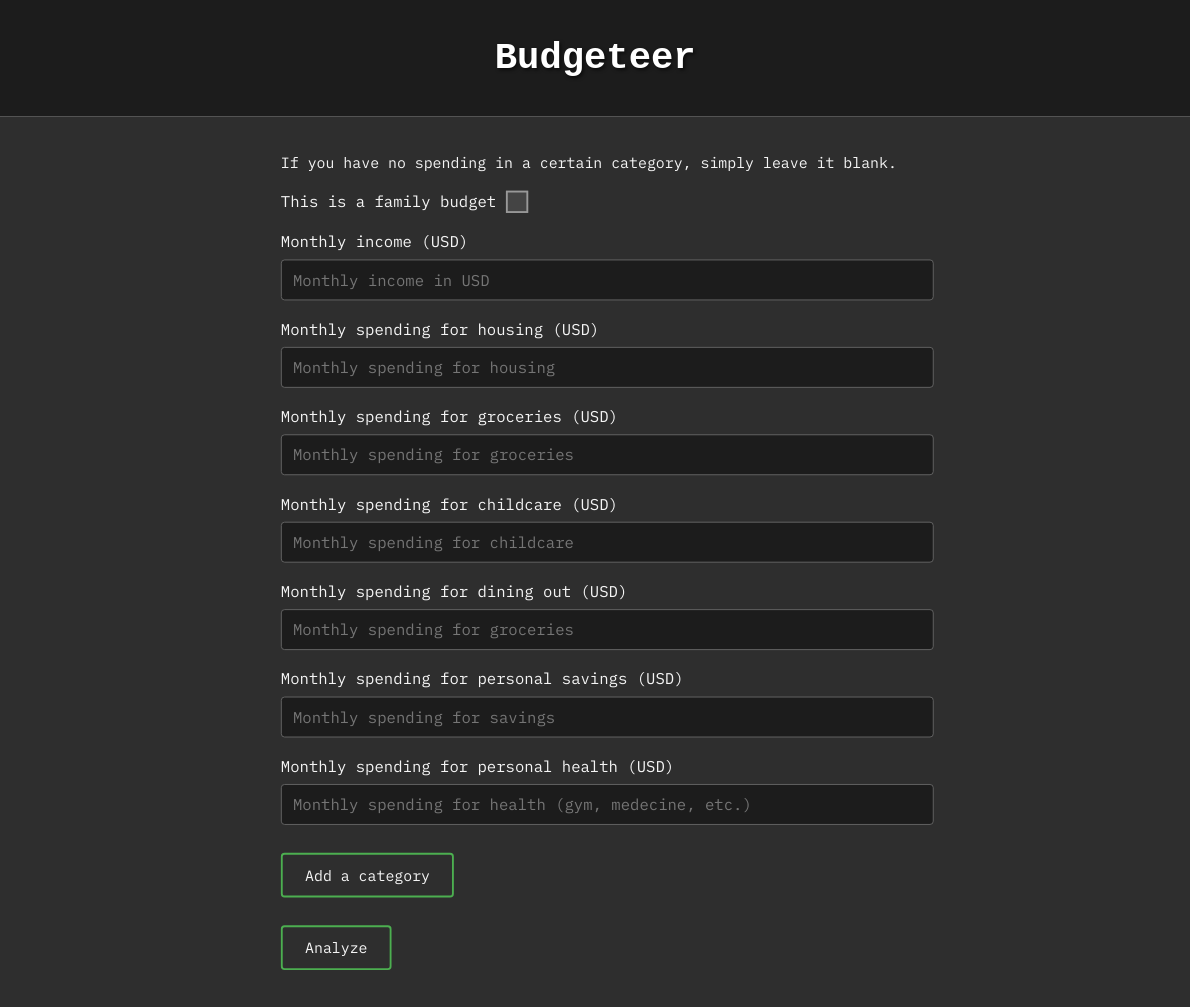
Repository: CaioNunes56/Budgeteer
Page: index.html
An editor plug-in stored every save of this project. The page is shown before and after the next save, followed by the edit.
The browser window is 1280 px wide. The pictures show the whole page, at 93% of full size.

Above is the page before, as saved 2025-04-26 18:16:09.
Console error: ReferenceError: auth0 is not defined

### index.html
<!DOCTYPE html>
<html lang="en">
<head>
    <meta charset="UTF-8">
    <meta name="viewport" content="width=device-width, initial-scale=1.0">
    <title>Budgeteer</title>
    <link rel="stylesheet" href="./style.css">
    <link href="https://fonts.googleapis.com/css2?family=IBM+Plex+Mono&display=swap" rel="stylesheet">
    <!--
    <script src="https://cdn.auth0.com/js/auth0-spa-js/2.0/auth0-spa-js.production.js"></script>
    -->
    <script src="./javascript.js" defer></script>
    <script src="./budgeteer.js" defer></script>
    <script>
        function handleAddCategory() {
          const categoriesDiv = document.getElementById('categories');
          // keep a counter in the button’s dataset
          const btn = document.getElementById('addCategory');
          let count = parseInt(btn.dataset.count || '0', 10) + 1;
          btn.dataset.count = count;

          // build the wrapper
          const wrapper = document.createElement('div');
          wrapper.className = 'category-wrapper';
          wrapper.style.marginTop = '1em';

          // name
          const nameLabel = document.createElement('label');
          nameLabel.textContent = `Category ${count} Name: `;
          const nameInput = document.createElement('input');
          nameInput.type = 'text';
          nameInput.name = 'customCategoryName[]';
          nameInput.placeholder = 'Category name';

          // amount
          const amountLabel = document.createElement('label');
          amountLabel.textContent = ` Amount Spent (USD): `;
          const amountInput = document.createElement('input');
          amountInput.type = 'text';
          amountInput.name = 'customCategoryAmount[]';
          nameInput.placeholder = 'Category name';

          // assemble and append
          wrapper.append(nameLabel, nameInput, amountLabel, amountInput);
          categoriesDiv.appendChild(wrapper);
        }
      </script>

</head>

<body>
    <header>
        <h1>Budgeteer</h1>
    </header>
    <main>
        <form class="basic">
            If you have no spending in a certain category, simply leave it blank.
            <label class="customCheck">
                This is a family budget
                <input type="checkbox">
                <span class="checkmark"></span>
            </label>

            <label for="income">
                Monthly income (USD)
                <input type="text" id="income" placeholder="Monthly income in USD">
            </label>

            <label for="housing">
                Monthly spending for housing (USD)
                <input type="text" id="housing" placeholder="Monthly spending for housing">
            </label>

            <label for="groceries">
                Monthly spending for groceries (USD)
                <input type="text" id="groceries" placeholder="Monthly spending for groceries">
            </label>

            <label for="childcare">
                Monthly spending for childcare (USD)
                <input type="text" id="childcare" placeholder="Monthly spending for childcare">
            </label>

            <label for="diningOut">
                Monthly spending for dining out (USD)
                <input type="text" id="diningOut" placeholder="Monthly spending for groceries">
            </label>

            <label for="savings">
                Monthly spending for personal savings (USD)
                <input type="text" id="savings" placeholder="Monthly spending for savings">
            </label>

            <label for="health">
                Monthly spending for personal health (USD)
                <input type="text" id="health" placeholder="Monthly spending for health (gym, medecine, etc.)">
            </label>

            <button
            type="button"
            id="addCategory"
            data-count="0"
            onclick="handleAddCategory()"
          >
            Add a category
          </button>

          <div id="categories"></div>


            <button type="button" id="analyze">Analyze</button>
        </form>
        <div class="output"></div>
    </main>
</body>
</html>

### style.css
body{
    margin: 0;
    padding: 0;
    display: flex;
    flex-direction: column;
    flex: 1;
    height: 100%;
}

body *{
    margin: 0;
    padding: 0;
    color: #F5F5F5;
}

header{
    display: flex;
    justify-content: center;;
    align-items: center;
    text-align: center;
    padding: 40px 0;
    background-color: #1C1C1C;


}
h1{
    font-family: 'Courier New', Courier, monospace;
    font-weight: bold;
    color: white;
    text-shadow: 2px 2px 4px rgba(0,0,0,0.6);
    font-size: 2.5em;
}
main{
    display:flex;
    justify-content: center;
    align-items: center;
    flex-grow: 1;
    height: 100%;
    padding: 150px 50px 150px 50px;
    background-color: #2E2E2E;
    color: #F5F5F5;
    font-family: 'IBM Plex Mono', monospace;
    padding: 40px;
}

main form{
    max-width: 700px;
}

/*Custom form styles*/
label {
    display: block;
    margin-top: 20px;
    font-size: 1.05em;
}

/*Text input styling*/
input[type="text"]{
    width: 100%;
    padding: 10px 12px;
    margin-top: 8px;
    background-color: #1C1C1C;
    border: 1px solid #666;
    border-radius: 4px;
    color: #F5F5F5;
    font-family: 'IBM Plex Mono', monospace;
    font-size: 1em;
    transition: border-color 0.3s, box-shadow 0.3s;
}

input[type="text"]:focus
{
    border-color: #4CAF50;
    box-shadow: 0 0 5px #4CAF50;
    outline: none;
}
/*Checkbox input styling*/
label.customCheck {
    display: flex;
    align-items: center;
    cursor: pointer;
    margin-top: 20px;
}

.customCheck input[type="checkbox"] {
    display: none;
}

.customCheck .checkmark {
    width: 20px;
    height: 20px;
    background-color: #444;
    border: 2px solid #999;
    display: inline-block;
    position: relative;
    margin-right: 10px;
    margin-left: 10px;
}

.customCheck input:checked + .checkmark {
    background-color: #4CAF50;
    border-color: #4CAF50;
}

.customCheck input:checked + .checkmark::after {
    content: "";
    position: absolute;
    left: 6px;
    top: 2px;
    width: 5px;
    height: 10px;
    border: solid white;
    border-width: 0 2px 2px 0;
    transform: rotate(45deg);
}

button{
    margin-top: 30px;
    padding: 12px 24px;
    background-color: transparent;
    color: #F5F5F5;
    border: 2px solid #4CAF50;
    border-radius: 4px;
    font-family: 'IBM Plex Mono', monospace;
    font-size: 1em;
    cursor: pointer;
    transition: background-color 0.3s, box-shadow 0.3s;
}

button:hover {
    background-color: #4CAF50;
    box-shadow: 0 0 8px #4CAF50;
    color: #000;
}

button #addcategory{
    display:block;
    background-color: #1C1C1C ;
    color: #F5F5F5;
}

### javascript.js
console.log("✅ javascript.js has been loaded!");
console.log("HELOOOOO");

let auth0Client = null;

async function configureClient() {
  auth0Client = await auth0.createAuth0Client({
    domain: "dev-mwel3gbeogijpxg8.us.auth0.com",
    clientId: "kXOjAmfXWIboql8iXLsO2X1sbjFD7mjT",
    authorizationParams: {
      redirect_uri: window.location.origin + window.location.pathname
    }
  });
  console.log("✅ Auth0 client created");
}

window.onload = async () => {
  console.log("🌐 window.onload fired");

  // 1) Initialize the Auth0 client
  await configureClient();

  // 2) Handle the redirect callback (if we just came back from Auth0)
  const query = window.location.search;
  if (query.includes("code=") && query.includes("state=")) {
    console.log("🔄 Processing login callback");
    try {
      const result = await auth0Client.handleRedirectCallback();
      console.log("✅ Callback handled, appState:", result.appState);
    } catch (e) {
      console.error("❌ Error handling callback:", e);
    }
    // Clean up the URL so users don’t see code & state params
    window.history.replaceState({}, document.title, window.location.pathname);
  }

  // 3) Check if user is authenticated
  const isAuthenticated = await auth0Client.isAuthenticated();
  console.log("🔑 isAuthenticated:", isAuthenticated);

  if (!isAuthenticated) {
    // 4) Not logged in → kick off the redirect to the Universal Login page
    console.log("➡️ Redirecting to Auth0 login");
    await auth0Client.loginWithRedirect();
  } else {
    console.log("🎉 User is authenticated — show your app now");
    // (You can now safely render protected UI)
  }
};

// (Optional) Call this when you want to log out:
async function logout() {
  console.log("🚪 Logging out");
  await auth0Client.logout({
    logoutParams: {
      returnTo: window.location.origin + "/"
    }
  });
}

### budgeteer.js
console.log("JavaScript is working!");

document.addEventListener('DOMContentLoaded', () => {

    const analyzeBudgetButton = document.getElementById('analyze');

    analyzeBudgetButton.addEventListener('click', async (event) => {
        event.preventDefault();

        const budgetData = {};

        const housingAmount = document.getElementById('housing');
        const foodAmount = document.getElementById('groceries');
        const childCareAmount = document.getElementById('childcare');
        const leisureAmount = document.getElementById('diningOut');
        const savingsAmount = document.getElementById('savings');
        const healthcareAmount = document.getElementById('health');

        budgetData['housing'] = parseFloat(housingAmount.value);
        budgetData['groceries'] = parseFloat(foodAmount.value);
        budgetData['childcare'] = parseFloat(childCareAmount.value);
        budgetData['diningOut'] = parseFloat(leisureAmount.value);
        budgetData['savings'] = parseFloat(savingsAmount.value);
        budgetData['health'] = parseFloat(healthcareAmount.value);

        const stringToSend = `What is the total when all the values in this budget: ${JSON.stringify(budgetData)} are added up to each other?
        Give me two financial advices about this budget (How can I lower my expenses (Do that only for the highest value category), how can I better balance everything out)`;

        const apiKey = 'AIzaSyCNCdj6NO7svW8gOwnJgjlTsz9DK1ZSzm0';
        const apiURL = 'https://generativelanguage.googleapis.com/v1beta/models/gemini-pro:generateContent';

        const dataSent = {
            contents: [{ parts: [{ text: stringToSend}] }]
        };

        const answer = await fetch(apiURL, {
            method: 'POST',
            headers: {
                'Content-Type': 'application/json',
                'Authorization': `Bearer ${apiKey}`
            },
            body: JSON.stringify(dataSent)
        });

        const responseData = await answer.json();
        console.log(responseData);
    })
})

After the next save:
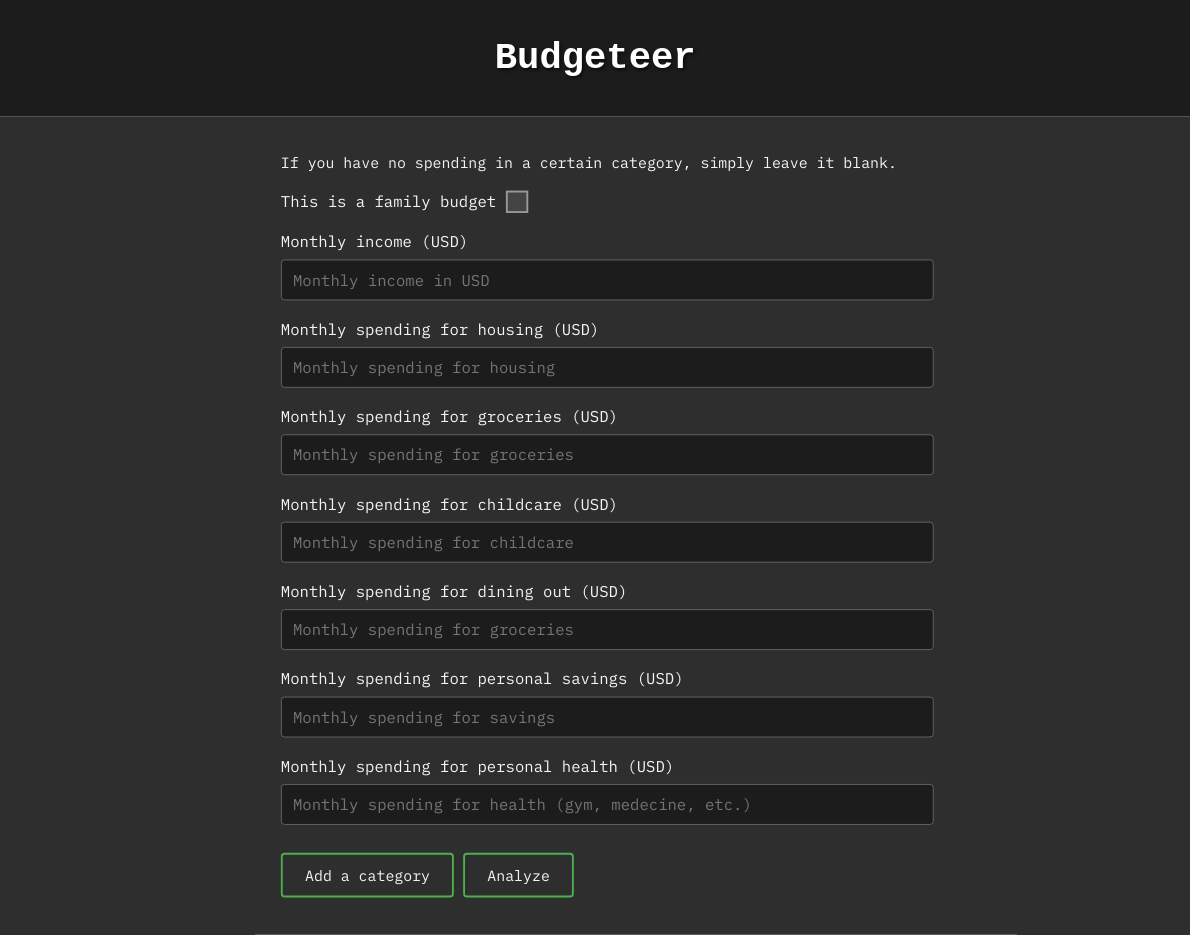
The error is gone.
Saved 3 min 34 s later.
--- a/index.html
+++ b/index.html
@@ -8,9 +8,10 @@
     <link href="https://fonts.googleapis.com/css2?family=IBM+Plex+Mono&display=swap" rel="stylesheet">
     <!--
     <script src="https://cdn.auth0.com/js/auth0-spa-js/2.0/auth0-spa-js.production.js"></script>
-    -->
+-->
+    <!--
     <script src="./javascript.js" defer></script>
-    <script src="./budgeteer.js" defer></script>
+-->
     <script>
         function handleAddCategory() {
           const categoriesDiv = document.getElementById('categories');
@@ -40,6 +41,16 @@
           amountInput.name = 'customCategoryAmount[]';
           nameInput.placeholder = 'Category name';
 
+              // delete button
+        const deleteBtn = document.createElement('button');
+        deleteBtn.type = 'button';
+        deleteBtn.textContent = 'Delete';
+        deleteBtn.style.marginLeft = '0.5em';
+        deleteBtn.addEventListener('click', () => {
+        wrapper.remove();
+        // optional: re-number remaining categories if you like
+        });
+
           // assemble and append
           wrapper.append(nameLabel, nameInput, amountLabel, amountInput);
           categoriesDiv.appendChild(wrapper);
@@ -47,7 +58,6 @@
       </script>
 
 </head>
-
 <body>
     <header>
         <h1>Budgeteer</h1>
@@ -105,10 +115,7 @@
             Add a category
           </button>
 
-          <div id="categories"></div>
-
-
-            <button type="button" id="analyze">Analyze</button>
+            <button type="submit">Analyze</button>
         </form>
         <div class="output"></div>
     </main>
